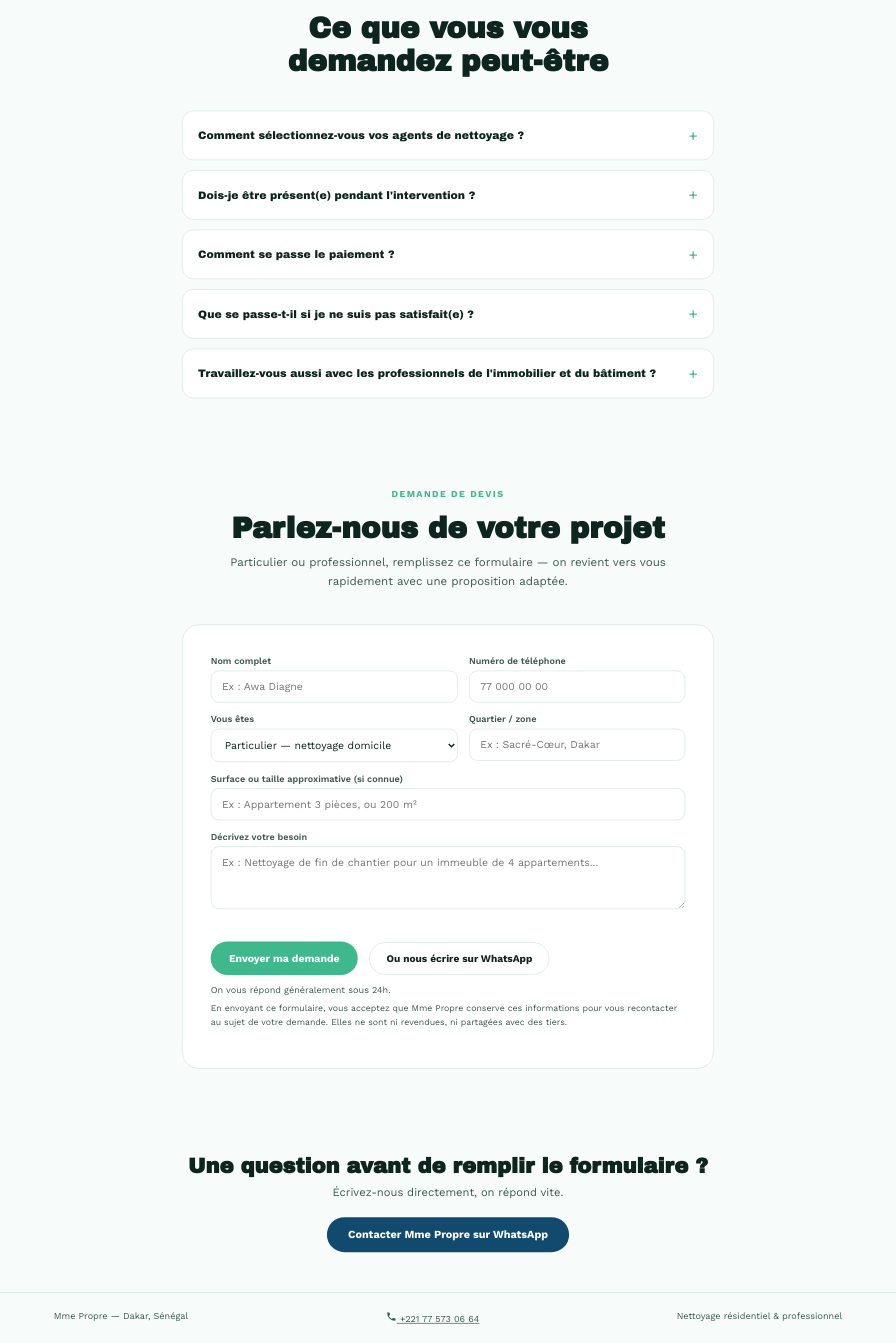
Repository: AntaaaKD/Mme-Propre
Page: index.html
The author's editor kept a copy of each file at every save. The page is drawn from the files as they stood at one save, then again after the next save.
The browser window is 1280 px wide. The pictures show the part of the page from y = 2467 to 4387 px (the page is 4385 px tall before and 4387 px after), at 70% of full size.

Above is the page before, as saved 2026-07-29 00:55:40.

After the next save:
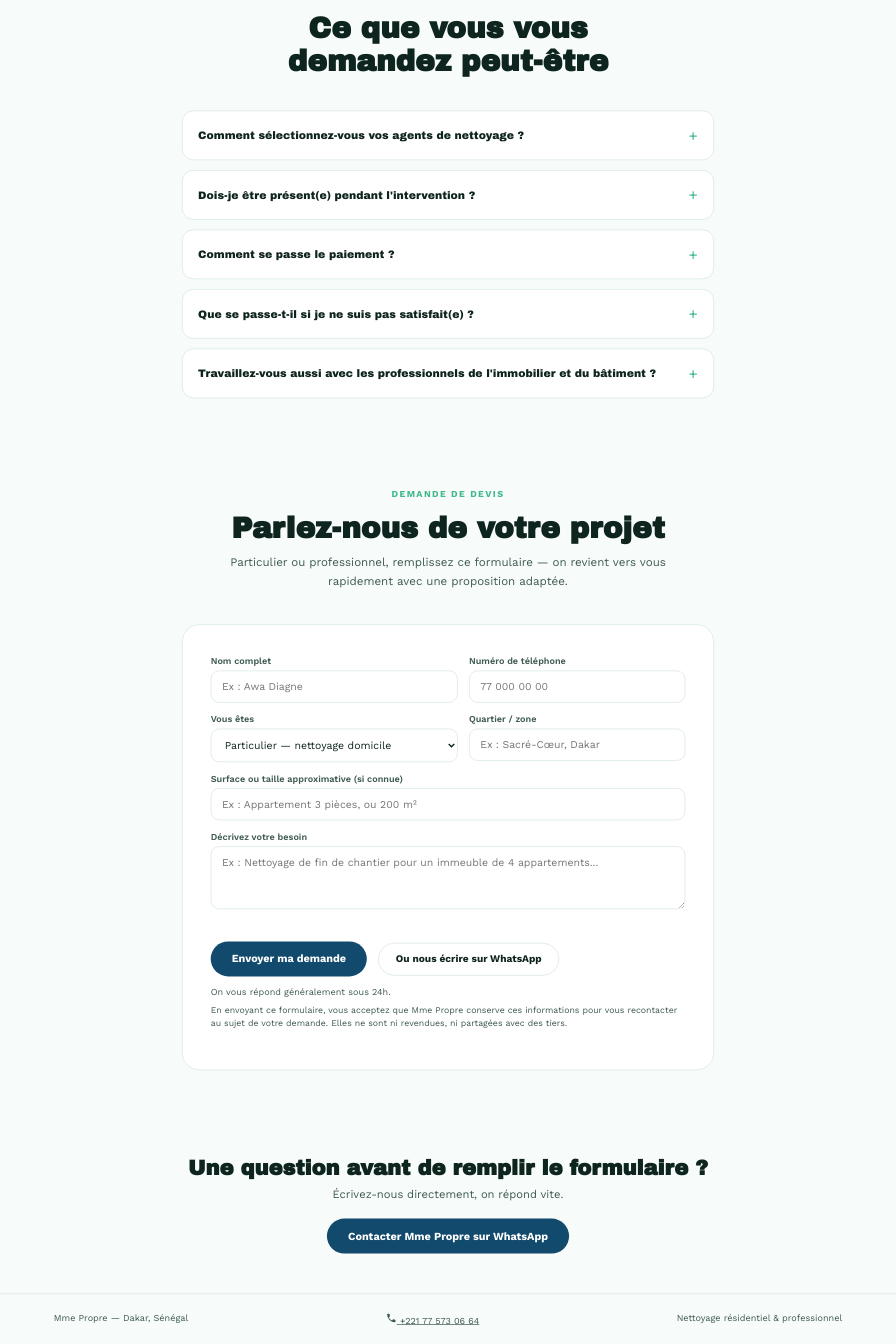
Saved 37 s later.
--- a/index.html
+++ b/index.html
@@ -393,7 +393,7 @@
     </div>
 
     <div class="submit-row">
-      <button class="btn-whatsapp" id="submit-btn">Envoyer ma demande</button>
+      <button class="btn-direct" id="submit-btn">Envoyer ma demande</button>
       <button class="btn-whatsapp-outline" id="wa-direct-btn">Ou nous écrire sur WhatsApp</button>
     </div>
     <div class="hint" id="submit-status" style="margin-top:14px;">On vous répond généralement sous 24h.</div>
